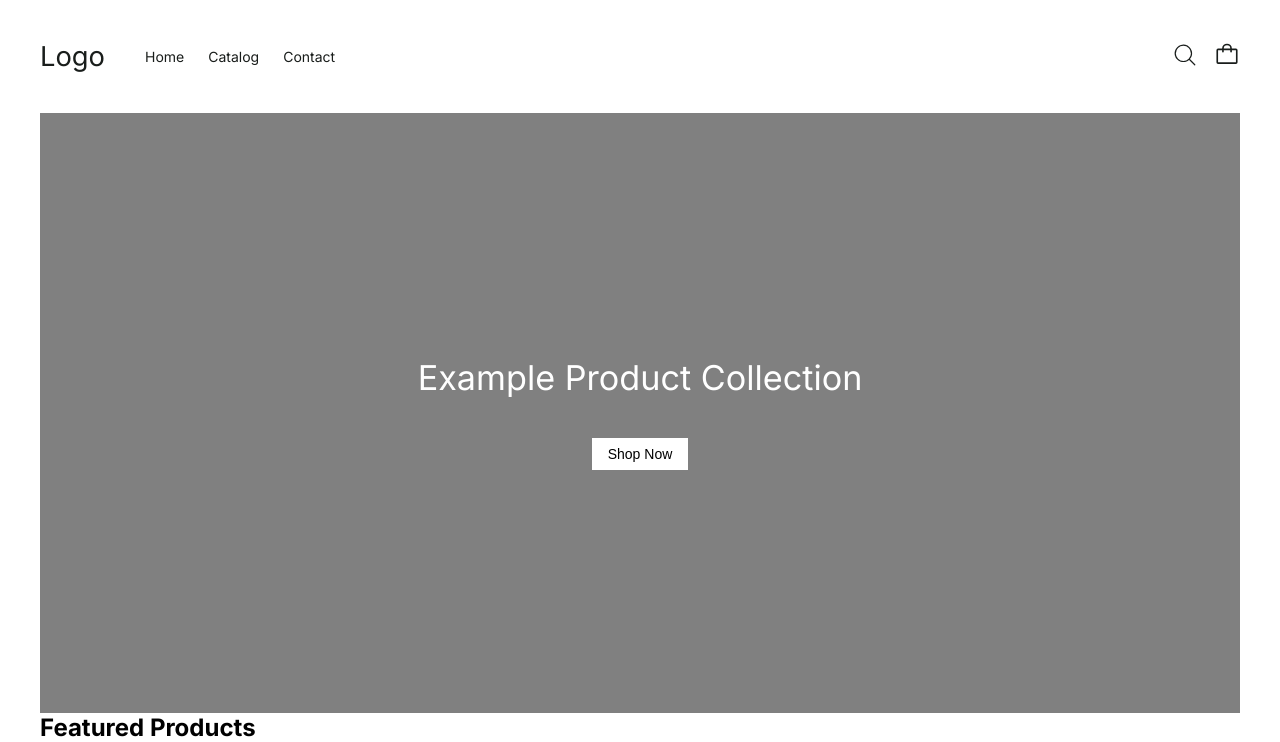
Repository: David-Waite/ecommercefrontendTemplate
Page: /
These files come from the project's save history. The page is drawn as it stood at one moment and after the next save; the edit follows.
The browser window is 1280 px wide. The pictures show the whole page.
The project was rebuilt for these pictures with package versions that can differ from the ones it lists, and the page was loaded fresh each time. The framework's server and built-in components were replaced by stand-ins that run in the browser. Also part of the build but not shown: next.config.js.

Above is the page before, as saved 2023-08-24 19:30:04.

After the next save:
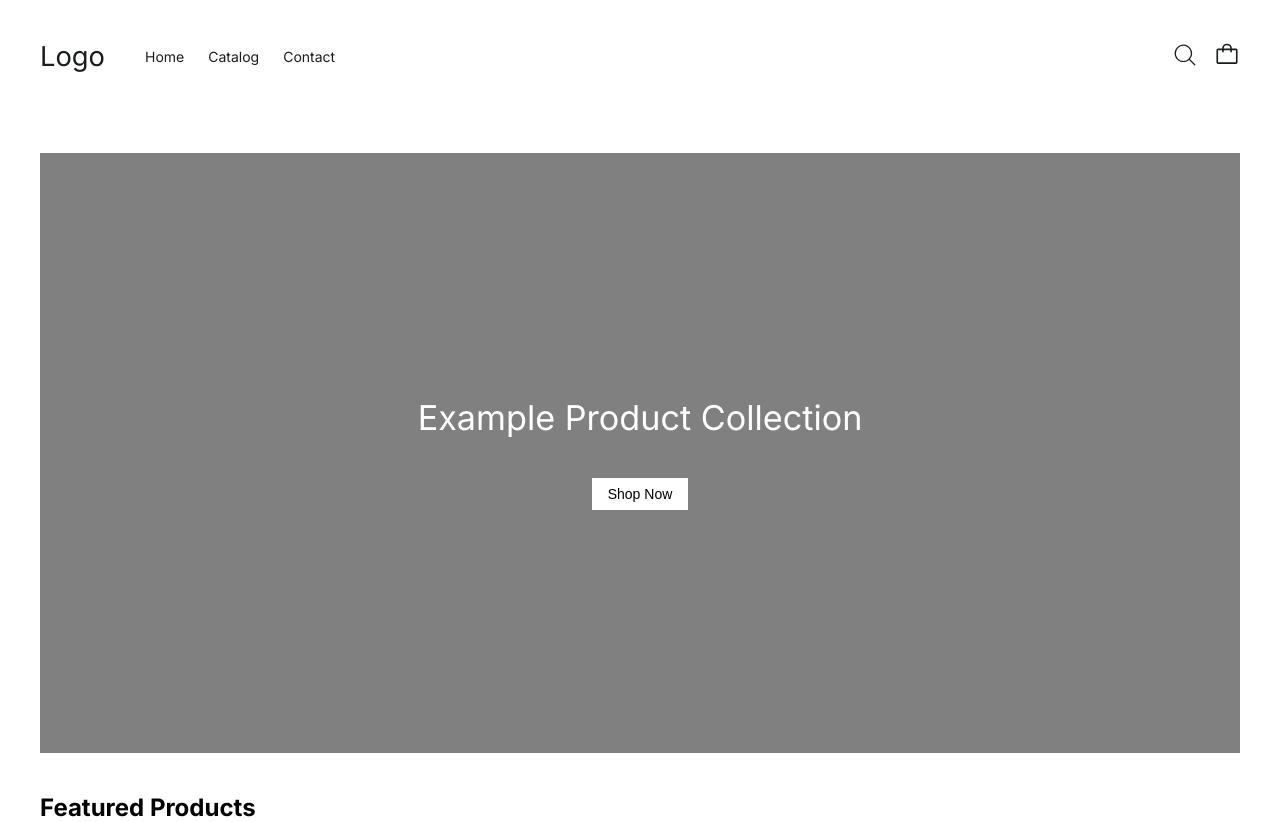
Saved 14 s later.
--- a/app/page.module.css
+++ b/app/page.module.css
@@ -12,6 +12,7 @@
   flex-direction: column;
   align-items: center;
   justify-content: center;
+  margin: 40px 0;
 }
 
 .heroImage h1 {

After the save that followed:
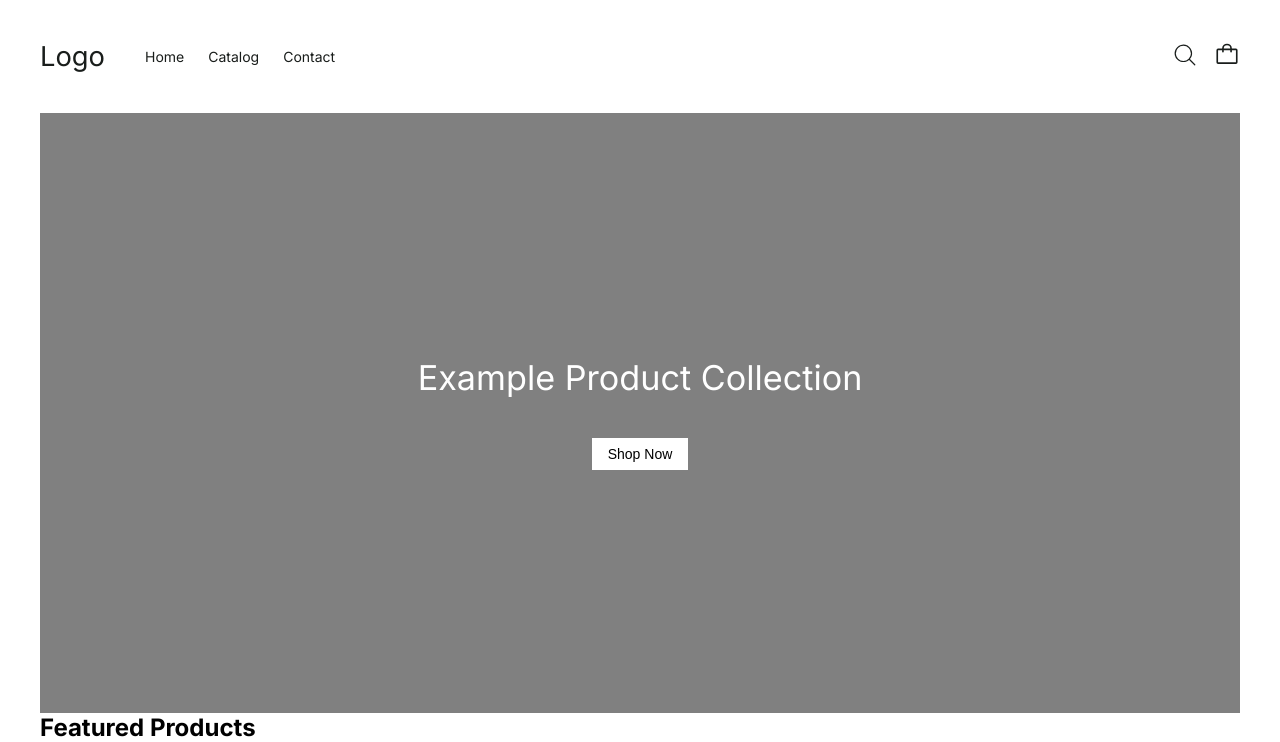
Saved 4 s later.
--- a/app/page.module.css
+++ b/app/page.module.css
@@ -12,7 +12,6 @@
   flex-direction: column;
   align-items: center;
   justify-content: center;
-  margin: 40px 0;
 }
 
 .heroImage h1 {
